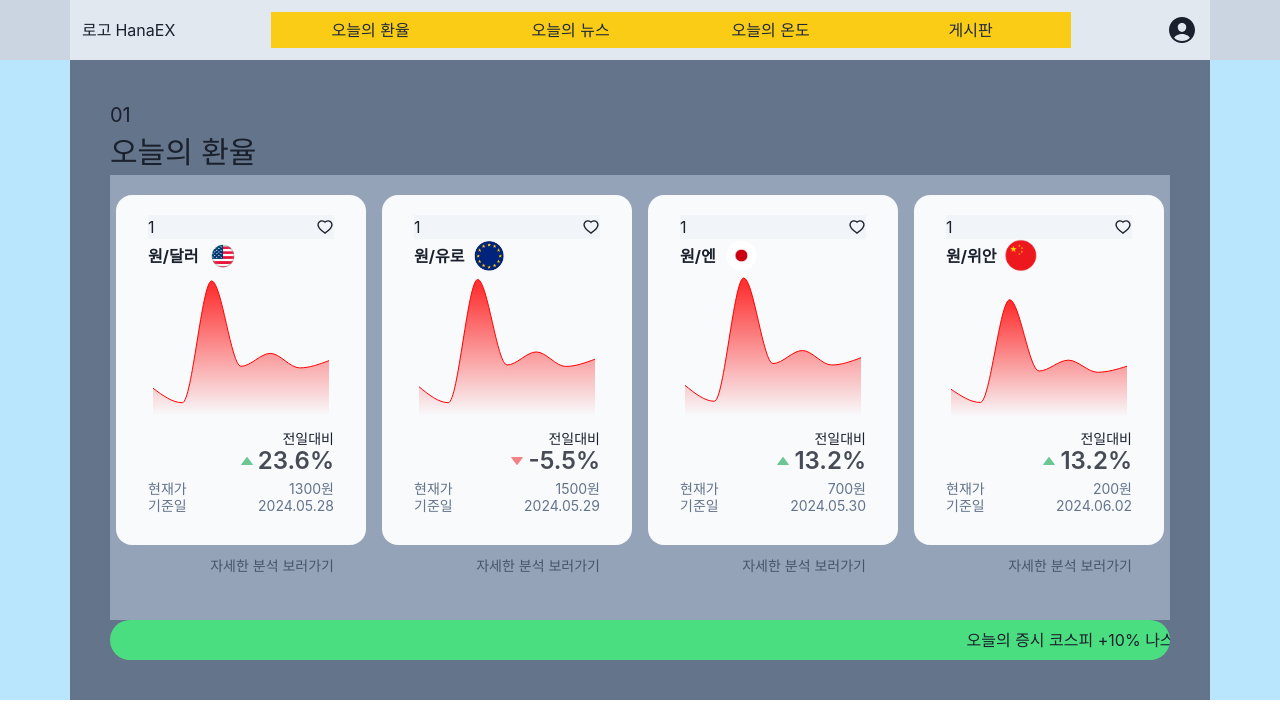
Repository: HANAEX/FRONT
Page: /
The author's editor kept a copy of each file at every save. The page is drawn from the files as they stood at one save, then again after the next save.
The browser window is 1280 px wide. The pictures show the whole page.
The project was rebuilt for these pictures with package versions that can differ from the ones it lists, and the page was loaded fresh each time. Also part of the build but not shown: src/pages/LoginPage.js, src/pages/MyPage.js, src/components/Toggle.js, src/components/SementicCard.js, src/pages/SemanticPage.js, src/components/NewsCard.js, src/pages/NewsPage.js, src/components/CloudChart.js and 6 more.

Above is the page before, as saved 2024-08-13 19:45:08.

After the next save:
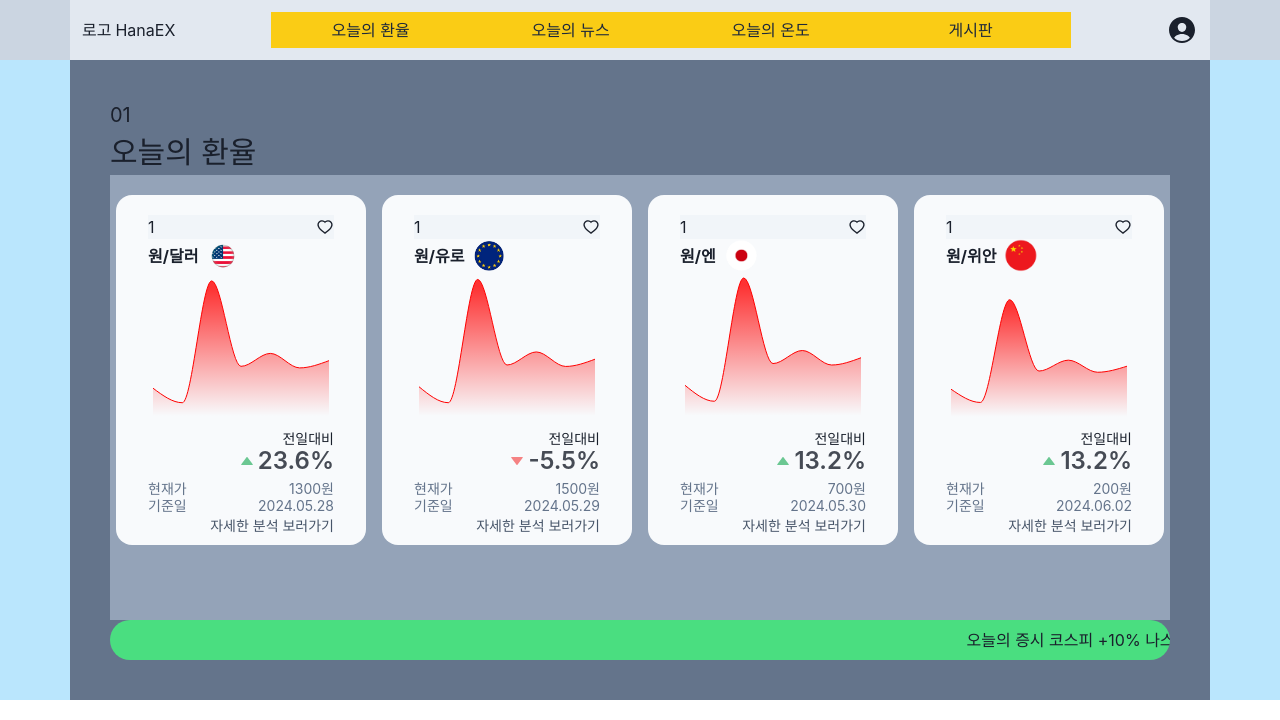
Saved 8 s later.
--- a/src/components/ChartCard.js
+++ b/src/components/ChartCard.js
@@ -74,7 +74,7 @@ const ChartCard = ({ name, increase, imageUrl, currentPrice, date, chartData })
         <Text fontSize='sm' lineHeight={1.2} className='text-slate-500'>기준일</Text>
         <Text fontSize='sm' lineHeight={1.2} className='text-slate-500'>{date}</Text>
       </div>
-      <Text fontSize={'sm'} className='flex justify-end text-slate-600 py-10'>자세한 분석 보러가기</Text>
+      <Text fontSize={'sm'} className='flex justify-end text-slate-600'>자세한 분석 보러가기</Text>
     </div>
   )
 }
